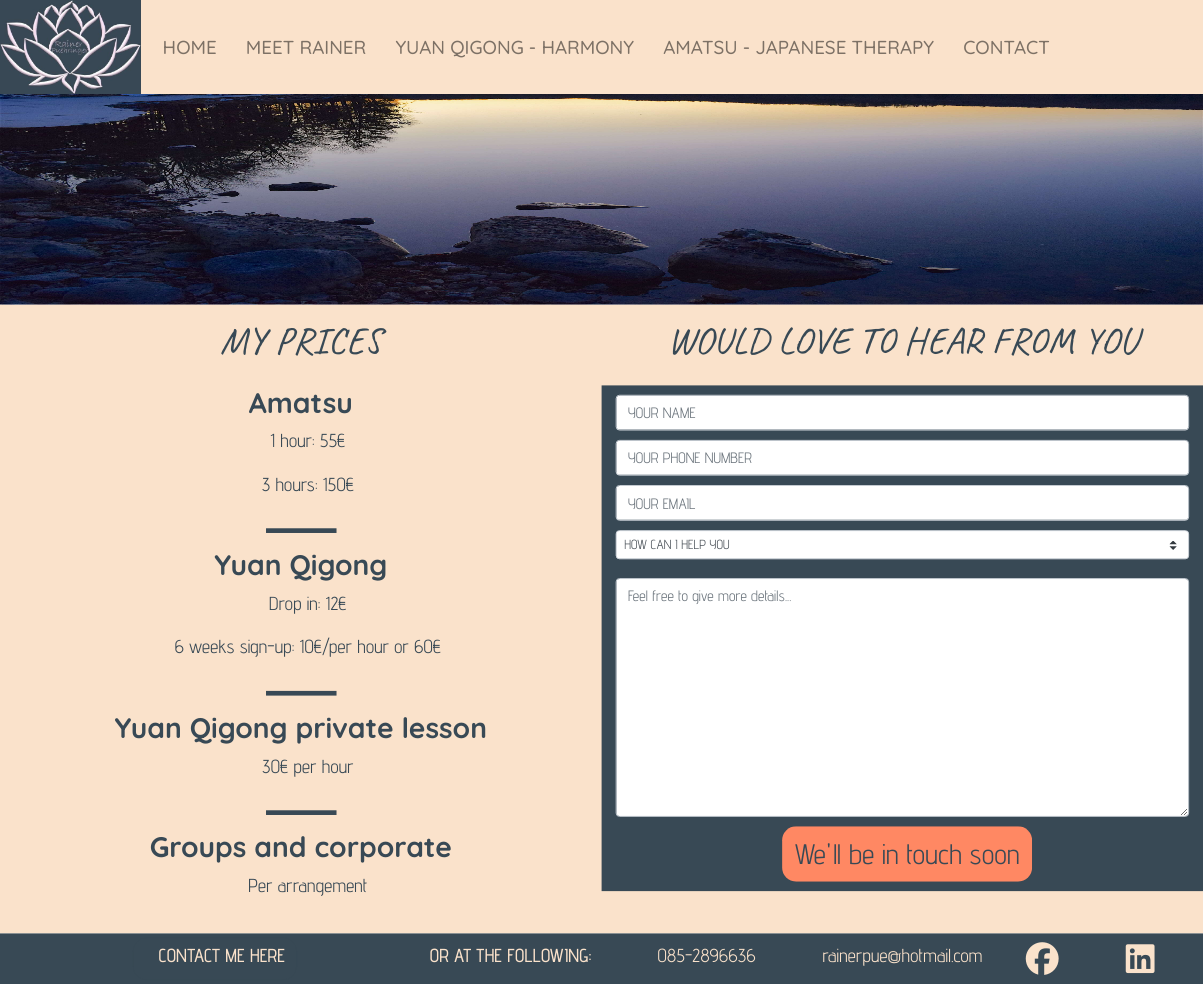
Repository: rainerpue/practitioner_website
Page: contact.html
The author's editor kept a record of every edit. The page is drawn from the files as they stood at one moment, then again after the next edit.
The browser window is 1280 px wide. The pictures show the whole page, at 94% of full size.
Some web libraries are served in a nearby version.

Above is the page before.

### contact.html
<!DOCTYPE html>
<html lang="en">

<head>
    <meta charset="UTF-8">
    <meta name="viewport" content="width=device-width, initial-scale=1.0">
    <meta http-equiv="X-UA-Compatible" content="ie=edge">
    <meta name="description" content="Home page | Rainer Puehringer, Find your Energy flow">
    <meta name="keywords" content="qigong, amatsu, therapy, energy flow, body balance, harmony, Japanese therapy, yuan gong, ireland">
    <meta name="author" content="Rainer Puehringer">
    <!-- favicon -->
    <link rel="shortcut icon" type="image" href="assets/favicon/favicon-32x32.png">
    <!-- style links -->
    <link rel="stylesheet" href="https://stackpath.bootstrapcdn.com/bootstrap/4.3.1/css/bootstrap.min.css" type="text/css" />
    <script src="https://kit.fontawesome.com/f7e192f540.js"></script>

    <!-- link to my css file comes after to make sure it render over bootstrap style -->
    <link rel="stylesheet" href="assets/css/style.css" type="text/css" />

    <title>Rainer Puehringer, Find your Energy flow with Yuan Qigong and Amatsu</title>

</head>

<body>
    <!-- navbar and logo -->
    <!-- blue background will only show on bigger screens, set to transparent for mobile device -->
    <nav class="navbar navbar-expand-md fixed-top navbar-light nav-coral">
        <!-- logo -->
        <a href="index.html" class="navbar-brand" id="logo">
            <img src="assets/images/logo.jpg" width="150" height="100" alt="logo">
        </a>
        <!-- button for smaller devices -->
        <button class="navbar-toggler" type="button" data-toggle="collapse" data-target="#burger" aria-controls="burger" aria-expanded="false" aria-label="Toggle navigation">
    <span class="fa fa-bars"></span>
  </button>
        <!-- navigation items which drop down vertically from burger icon in smaller devices -->
        <div class="collapse navbar-collapse" id="burger">
            <ul class="navbar-nav mr-auto text-uppercase">
                <li class="nav-item">
                    <a class="nav-link" href="index.html">Home</a>
                </li>
                <li class="nav-item">
                    <a class="nav-link" href="about.html">Meet Rainer</a>
                </li>
                <li class="nav-item">
                    <a class="nav-link" href="qigong.html">Yuan Qigong - Harmony</a>
                </li>
                <li class="nav-item">
                    <a class="nav-link" href="amatsu.html">Amatsu - Japanese Therapy</a>
                </li>
                <li class="nav-item">
                    <a class="nav-link" href="contact.html">Contact</a>
                </li>
            </ul>
        </div>
    </nav>

    <!-- end navbar -->

    <main>
        <!-- image banner -->
        <div class="container-fluid">
            <div class="row">
                <div class="col-12 banner-image banner-image-contact contact-img">
                </div>
            </div>
        </div>

        <!-- Prices and contact form -->
        <section class="container-fluid bg-coral contact-section">
            <div class="row">
                <div class="col-lg-6 prices">
                    <div class="row">
                        <div class="col-12">
                            <h3 class="text-uppercase text-center">My prices</h3>
                        </div>
                    </div>
                    <div class="row">
                        <div class="col-12 price-table text-center">
                            <h4>Amatsu</h4>
                            <p>1 hour: 55€</p>
                            <p>3 hours: 150€</p>
                        </div>
                    </div>
                    <hr class="section-divider-price">
                    <div class="row">
                        <div class="col-12 price-table text-center">
                            <h4>Yuan Qigong</h4>
                            <p>Drop in: 12€</p>
                            <p>6 weeks sign-up: 10€/per hour or 60€</p>
                        </div>
                    </div>
                    <hr class="section-divider-price">
                    <div class="row">
                        <div class="col-12 price-table text-center">
                            <h4>Yuan Qigong private lesson</h4>
                            <p>30€ per hour</p>
                        </div>
                    </div>
                    <hr class="section-divider-price">
                    <div class="row">
                        <div class="col-12 price-table text-center">
                            <h4>Groups and corporate</h4>
                            <p>Per arrangement</p>
                        </div>
                    </div>
                </div>
                <div class="col-lg-6">
                    <div class="row contact-heading">
                        <div class="col-12">
                            <h3 class="text-uppercase text-center">Would love to hear from you</h3>
                        </div>
                    </div>
                    <div class="row">
                        <form class="col-12 needs-validation contact-form">
                            <input type="text" name="name" id="fullname" class="form-control" placeholder="YOUR NAME" required/>
                            <input type="number" name="phonenumber" id="phonenumber" class="form-control" placeholder="YOUR PHONE NUMBER"/>
                            <input type="email" class="form-control" id="email" aria-describedby="emailHelp" placeholder="YOUR EMAIL" required/>
                            <select class="custom-select custom-select-sm" name="how-can-i-help-you" id="how-can-i-help-you">
                                <option selected>HOW CAN I HELP YOU</option>
                                <option value="Book an Amatsu treatment">Book an Amatsu treatment</option>
                                <option value="Query about Qigong">Query about Qigong</option>
                                <option value="Advice about cooking or gardening">Advice about cooking or gardening</option>
                                <option value="Other">Other</option>
                            </select>
                            <textarea rows="10" name="querydetails" id="querydetails" class="form-control" placeholder="Feel free to give more details..." required></textarea>
                            <div class="form-row text-center">
                                <div class="col">
                                    <button type="submit" class="btn btn-gal btn-orange">We'll be in touch soon</button>
                                </div>
                            </div>
                        </form>
                    </div>
                </div>
            </div>
        </section>
    </main>

    <!-- footer -->

    <footer>
        <div class="container-fluid bg-grey">
            <div class="row footer-row text-center">
                <div class="col-12 col-lg-4 footer-contact d-sm-flex">
                    <a class="btn btn-gal btn-grey text-uppercase" href="contact.html">
                        <h5>Contact Me Here</h5>
                    </a>
                </div>
                <div class="col-12 col-lg-2 footer-contact text-center d-sm-flex">
                    <h5 class="text-uppercase">or at the following:</h5>
                </div>
                <div class="col-12 col-lg-2 footer-contact d-sm-flex">
                    <p>085-2896636</p>
                </div>
                <div class="col-12 col-lg-2 footer-contact d-sm-flex">
                    <p>rainerpue@hotmail.com</p>
                </div>
                <div class="col-12 col-lg-1 footer-contact d-sm-flex">
                    <a class="socialmedia" href="https://www.facebook.com/YuanGongandAmatsuwithRainer/" target="_blank">
                    <i class="fab fa-facebook text-decoration-none"></i>
                    <span class="sr-only">Facebook</span>
                    </a>
                </div>
                <div class="col-12 col-lg-1 footer-contact d-sm-flex">
                    <a class="socialmedia" href="https://www.linkedin.com/in/rainer-puehringer-63157248/" target="_blank">
                    <i class="fab fa-linkedin"></i>
                    <span class="sr-only">Linkedin</span>
                    </a>
                </div>
            </div>
        </div>
    </footer>

    <script src="https://code.jquery.com/jquery-3.4.1.slim.min.js "></script>
    <script src="https://cdnjs.cloudflare.com/ajax/libs/popper.js/1.15.0/umd/popper.min.js "></script>
    <script src="https://maxcdn.bootstrapcdn.com/bootstrap/4.3.1/js/bootstrap.min.js"></script>
    <script src="assets/JS/logo.js"></script>

</body>

</html>

### assets/css/style.css
@import url('https://fonts.googleapis.com/css?family=Advent+Pro:100,200,300,400,500,600,700|Quicksand:300,400,500,700|Caveat:400,700');

html {
    scroll-behavior: smooth;
}

body {
    font-family: "Advent Pro", sans-serif;
    font-weight: 400;
    font-size: 20px;
}

/* Colour */

.nav-coral {
    background-color: transparent;
}

.bg-grey {
    background-color: #384955;
    color: #FAE2CB;
}

.bg-coral {
    background-color: #FAE2CB;
    color: #384955;
    padding-bottom: 20px;
}

/* Images */

.about-img {
    background: url(../images/about-image.jpg);
}

.qigong-img {
    background: url(../images/lotus.jpg);
}

.amatsu-img {
    background: url(../images/water.jpg);
}

.contact-img {
    background: url(../images/contact.jpg);
}

/* Banner image code technics found in the link below:
https://stackoverflow.com/questions/38038056/adding-a-background-image-just-below-the-navigation-bar */

.banner-image {
    min-height: 30vh;
    -webkit-background-size: 100% 100%;
    -moz-background-size: 100% 100%;
    -o-background-size: 100% 100%;
    background-size: 100% 100%;
    width: 100vw;
    background-repeat: no-repeat;
    position: relative;
}

.banner-image-contact {
    min-height: 45vh;
}

.sm-img {
    max-height: 600px;
    max-width: 400px;
}


/* Special paddings/margins/texts */

.container-fluid {
    margin: 0;
}

main {
    margin: 0;
    padding: 0;
}

h3 {
    padding: 15px 0 15px;
    font-family: "Caveat", sans-serif;
    font-size: 40px;
}

h4 {
    font-family: "Quicksand", sans-serif;
    font-weight: 700;
    font-size: 30px;
}

a {
    text-decoration: none;
    cursor: pointer;
}

/* buttons */

.btn-gal {
    margin-bottom: 0;
    margin-top: 0;
    margin-left: 10px;
    border-radius: 15px;
    text-decoration: none;
    cursor: pointer;
}

.btn-more {
    font-size: 40px;
}

.btn-grey {
    background-color: #384955;
    border-color: #384955;
    color: #FAE2CB;
}

.btn-grey:hover {
    color: #FF8863;
}

.btn-coral {
    background-color: #FAE2CB;
    border-color: #FAE2CB;
    color: #384955;
}

.btn-coral:hover {
    color: #87B0CD;
}

.btn-orange {
    background-color: #FF8863;
    color: #384955;
    font-size: 30px;
    margin-bottom: 10px;
}

.btn-orange:hover {
    color: #FAE2CB;
}

.btn-amatsu {
    margin-bottom: 8px;!important
}

/* section divider */

.section-divider-short,
.section-divider-price {
    width: 75px;
    height: 5px;
    border: 0;
    background-color: #384955;
}

.section-divider-long {
    width: 100%;
    height: 10px;
    border: 0;
    background-color: #384955;
    margin: 0;
}

/* logo */

#logo {
    display: inline-block;
    padding: 0;
    margin: 0;
    line-height: inherit;
    white-space: nowrap;
    background-position: center;
    background-repeat: no-repeat;
    -o-transition: all .5s ease-in-out;
    transition: all .5s ease-in-out;
    -moz-transition: all .5s ease-in-out;
    -webkit-transition: all .5s ease-in-out;
}

/* logo disappear when scrolling down thanks to a codepen and js code created by Simen Dehlin via https://codepen.io/Eventyret/pen/RXBNaJ */

.navbar-brand {
    opacity: 1;
}

.navbar-brand>img {
    height: 50px;
    width: 80px;
}

/* burger icon inspired from https://mdbootstrap.com/docs/jquery/navigation/hamburger-menu/ */

.fa-bars {
    background-color: #FAE2CB;
    color: #384955;
    font-size: 40px;
    padding: 5px;
    border-radius: 5px;
}

.navbar-light .navbar-toggler {
    border: none;
    margin-right: 5px;
}

/* nav */

.navbar {
    padding: 0;
    text-align: center;
    overflow: auto;
}

.navbar-collapse {
    background-color: #FAE2CB
}

.nav-item {
    padding-left: 15px;
}

.nav-item a {
    color: #384955;
    font-family: "Quicksand", sans-serif;
    font-weight: 500;
    font-size: 20px;
    -webkit-transition: background-color .2s ease-in-out, color .2s ease-in-out;
    -o-transition: background-color .2s ease-in-out, color .2s ease-in-out;
    transition: background-color .2s ease-in-out, color .2s ease-in-out;
}

.nav-item a:hover {
    color: #FAE2CB!important;
    background-color: #384955;
    border-radius: 15px;
}

/* footer */

.footer-row {
    padding: 0 15px;
}

.footer-contact {
    -webkit-box-align: center;
    -ms-flex-align: center;
    align-items: center;
    -webkit-box-pack: center;
    -ms-flex-pack: center;
    justify-content: center;
    padding: 0;
    margin: 0;
}

.footer-contact p {
    margin-top: .5rem;
}

.socialmedia i {
    width: 25px;
    height: 25px;
    border-radius: 50%;
    font-size: 35px;
    text-align: center;
    vertical-align: middle;
    display: table-cell;
    color: #FAE2CB;
    background: #384955;
    transition: all 0.35s ease-in-out;
    -moz-transition: all 0.35s ease-in-out;
    -webkit-transition: all 0.35s ease-in-out;
    -o-transition: all 0.35s ease-in-out;
}

/* trick to remove underline on font awesome icon when hover: https://codepen.io/jessicalyschik/pen/MJrwwx */

.socialmedia i:before {
    display: inline-block;
    text-decoration: none;
}

/* full background image with attention */

.home-image {
    /*found css trick here: https://css-tricks.com/perfect-full-page-background-image/ */
    min-height: 40vh;
    max-height: 95vh;
    -webkit-box-align: center;
    -ms-flex-align: center;
    align-items: center;
    position: relative;
    background: url(../images/home-image.jpg) no-repeat center center fixed;
    background-size: cover;
    padding-top: 100px;
    /*found css trick here: https://teamtreehouse.com/community/div-hidden-below-fixed-position-navbar-clearfix-issues-with-css */
}

.opaque-overlay {
    position: absolute;
    top: 0;
    left: 0;
    height: 100%;
    width: 100%;
    background: rgba(0, 0, 0, 0.2);
}

.attention {
    color: #fafafa;
    font-size: 40px;
    font-weight: 600;
    padding-left: 15px;
    padding-top: 200px;
}

/* testimonials in carrousel */

.slide {
    position: relative;
    display: -webkit-box;
    display: -ms-flexbox;
    display: flex;
    -webkit-box-align: center;
    -ms-flex-align: center;
    align-items: center;
    min-height: 30vh;
    text-align: center;
    padding: 5px 30px;
    margin-bottom: 20px
}

blockquote {
    width: 80px;
    font-weight: 300;
    font-size: 30px;
}

/* home intro section */

.intro {
    width: 100%;
    padding: 0;
    min-height: 20vh;
}

.content-intro {
    margin-bottom: 20px;
}



/* main content for each page */

.main-content {
    position: relative;
    padding-top: 5px;
    padding-bottom: 5px;
    padding-right: 30px;
    line-height: 200%;
}

.section-column {
    display: table-cell;
    padding: 0 30px 30px;
    float: none;
}

.intro-section {
    padding-top: 10px;
    padding-bottom: 20px;
}

.section-details {
    min-height: 25vh;
    -webkit-box-align: center;
    -ms-flex-align: center;
    align-items: center!important;
    margin-bottom: 15px;
}



/* links to other websites on about page */

.links {
    color: inherit;
    font-weight: 700;
}

.links:hover {
    color: #FF8863;
}

/* timeline implemented from the Resume Mini-project in the User Centric module */

.timeline {
    margin: 0;
}

.history-items {
    padding-left: 30px;
    padding-bottom: 15px;
}

.timeline-item {
    padding: 4em 2em 0em 2em;
    position: relative;
    color: #384955;
    border-left: 1px solid;
}

.timeline-item p {
    padding: 0;
    margin: 0;
}

.timeline-item:before {
    content: attr(data-dates);
    position: absolute;
    left: 2.5em;
    top: 3em;
    display: block;
    font-weight: 500;
    font-size: 0.8em;
    padding: 0;
    margin: 0;
}

.timeline-item:after {
    width: 12px;
    height: 12px;
    display: block;
    position: absolute;
    top: 2.4em;
    left: -6px;
    border-radius: 12px;
    content: "";
    background-color: #384955;
}



/* qualifications */

.list-row {
    padding: 30px 0 30px;
    line-height: 200%;
}

.button {
    margin-top: 30px;
}

/* Qigong page */

.qigong-p {
    padding: 15px;
}

.list-section {
    padding-left: 30px;
    padding-bottom: 15px;
    margin-bottom: 10px;
    border: 10px solid;
}

.quote {
    font-family: "Quicksand", sans-serif;
    font-weight: 100;
    font-size: 30px;
}

.legend {
    font-family: "Caveat", sans-serif;
}

.quote i {
    padding: 5px;
    font-weight: 700;
}

#video {
    min-height: 50vh;
    padding-bottom: 15px;
}

iframe {
    border: none;
}

.verse {
    font-family: "Caveat", sans-serif;
    font-size: 30px;
    padding-top: 30px;
}

.verse ul li {
    list-style: none;
    padding: 15px;
}

/* Amatsu page */

.fivefactors {
    font-weight: 600;
    color: #FF8863;
}

.specialp {
    padding: 10px;
}


/* stones custom css */

.stone-section {
    padding: 0;
    padding-bottom: 15px;
    margin-bottom: 10px;
    margin-left: 5px;
    display: flex;
    /* this part of custom css was suggested by Simen Dehlin in slack so the stones are centered on top of each other: https://codepen.io/Eventyret/pen/PMJrNq */
    justify-content: center;
    align-items: center;
    flex-direction: column;
}

.each-stone {
    width: 120px;
    height: 120px;
    border: 1px solid #384955;
    border-radius: 50%;
    background-color: #384955;
    color: #FAE2CB;
    justify-content: center;
    /* this part of custom css was suggested by Eventyret Mentor in slack */
    align-items: center;
    display: flex;
    margin-bottom: -15px;
    margin-left: -5px;
    margin-right: -5px;
}

.each-stone p {
    font-weight: 700;
    font-size: 15px;
}

/* treatment cards */

/* to justify space all around the cards and center found trick by looking at another student website (Anna G.) */

.card-row {
    justify-content: space-around!important;
}

.card {
    background-color: #FAE2CB;
    color: #384955;
    margin-bottom: 15px;
}

.card-item {
    padding: 10px;
    text-align: center;
    vertical-align: middle;
    display: table-cell;
}

.card-item i {
    font-size: 60px;
}

/* contact page */

.contact-section {
    min-height: 45vh;
    margin-bottom: 0;
    margin-right: 20px;
}

.contact-form {
    background-color: #384955;
    color: #FAE2CB;
}

.form-control {
    margin-top: 10px;
    margin-bottom: 10px;
}

.custom-select {
    margin-bottom: 10px;
}

/* media queries */

/*-----------------------------------------media query to add navbar color background color on bigger screens */

@media (min-width: 768px) {
    .nav-coral {
        background-color: #FAE2CB;
    }
}

@media (min-width: 768px) {
    .navbar-brand>img {
        height: 100px;
        width: 150px;
    }
}

@media (min-width: 768px) {
    .home-image {
        min-height: 95vh;
    }
}

@media (min-width: 768px) {
    .attention {
        width: 50%;
        font-size: 50px;
    }
}

/* media query to hide short section divider on bigger screen */

@media (min-width: 768px) {
    .section-divider-short {
        display: none;
    }
}

@media (min-width: 768px) {
    .footer-contact h5,
    p,
    a {
        padding-left: 15px;
    }
}

@media (min-width: 768px) {
    .history-items {
        border: 10px solid;
    }
}

@media (min-width: 768px) {
    a {
    padding-left: 0;
}

@media (min-width: 768px) {
    .section-column {
        padding: 0 50px 0;
    }
}

@media (min-width: 768px) {
    #video {
        padding-bottom: 0;
    }
}

### assets/JS/logo.js
$(window).scroll(function(){
    $(".navbar-brand").css("opacity", 1 - $(window).scrollTop() / 50);
  });

After the next edit:
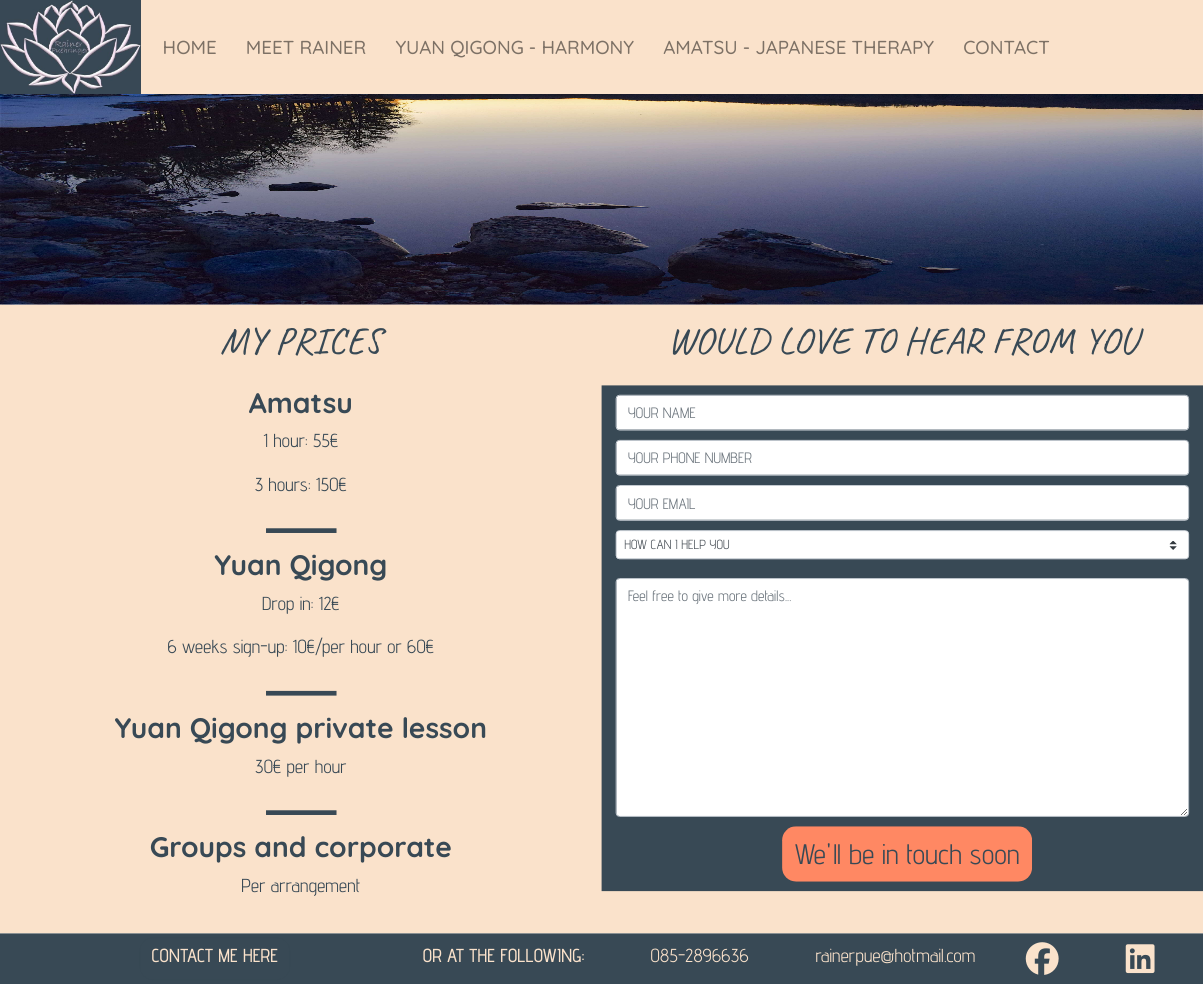
The edit:
--- a/assets/css/style.css
+++ b/assets/css/style.css
@@ -144,7 +144,8 @@
 }
 
 .btn-amatsu {
-    margin-bottom: 8px;!important
+    margin-bottom: 8px;
+    !important
 }
 
 /* section divider */
@@ -635,14 +636,6 @@
 }
 
 @media (min-width: 768px) {
-    .footer-contact h5,
-    p,
-    a {
-        padding-left: 15px;
-    }
-}
-
-@media (min-width: 768px) {
     .history-items {
         border: 10px solid;
     }
@@ -650,7 +643,8 @@
 
 @media (min-width: 768px) {
     a {
-    padding-left: 0;
+        padding-left: 0;
+    }
 }
 
 @media (min-width: 768px) {
